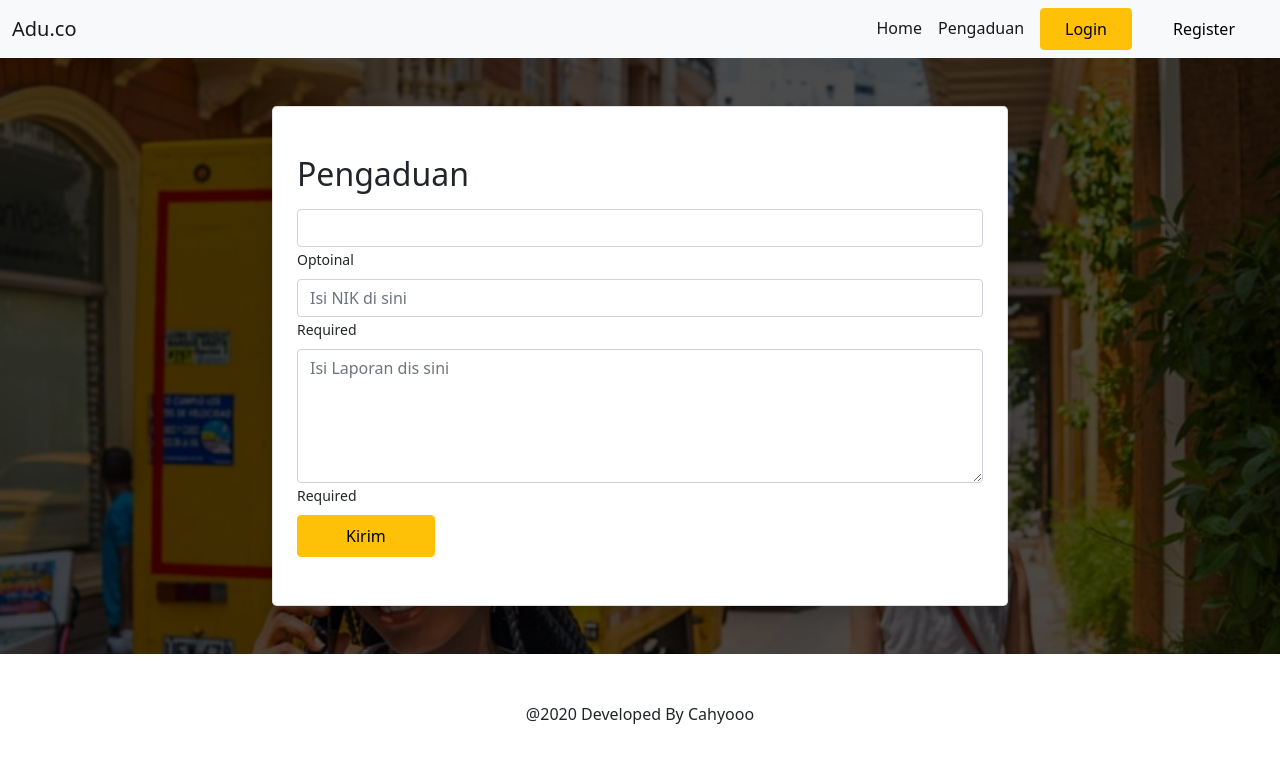
Repository: khulqu15/pengaduan2
Page: http://localhost/form/pengaduan
These files come from the project's save history. The page is drawn as it stood at one moment and after the next save; the edit follows.
The browser window is 1280 px wide. The pictures show the whole page.
Backgrounds fixed to the window are drawn as part of the page. The page is served by the project's Laravel application, run on PHP 8.4 with Laravel 8.

Above is the page before, as saved 2021-02-23 21:28:09.

After the next save:
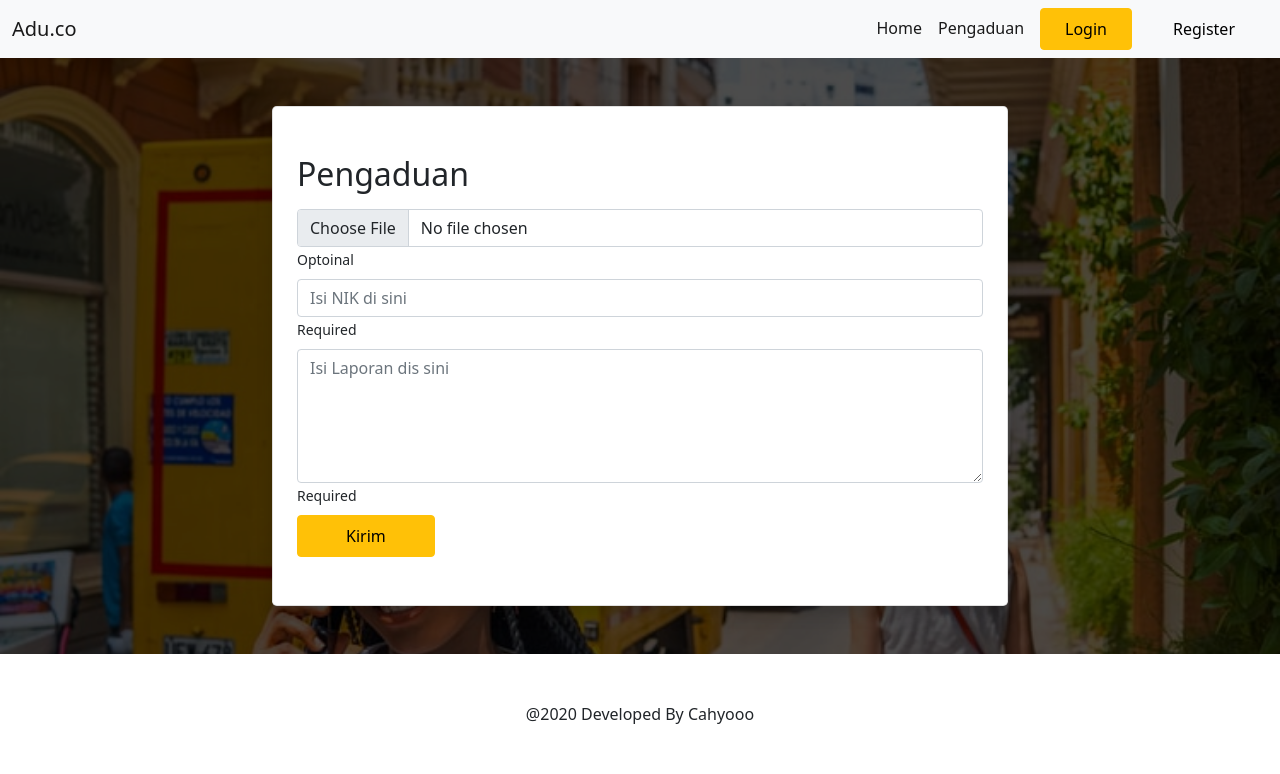
Saved 8 s later.
--- a/resources/views/pengaduan.blade.php
+++ b/resources/views/pengaduan.blade.php
@@ -13,7 +13,7 @@
                         <form action="{{ route('pengaduan.post') }}" method="POST" enctype="multipart/form-data">
                             @csrf
                             <div class="form-group my-2">
-                                <input type="text" class="form-control" aria-describedby="picture-feedback" name="picture" id="picture">
+                                <input type="file" class="form-control" aria-describedby="picture-feedback" name="picture" id="picture">
                                 <small id="picture-feedback">Optoinal</small>
                             </div>
                             <div class="form-group my-2">
